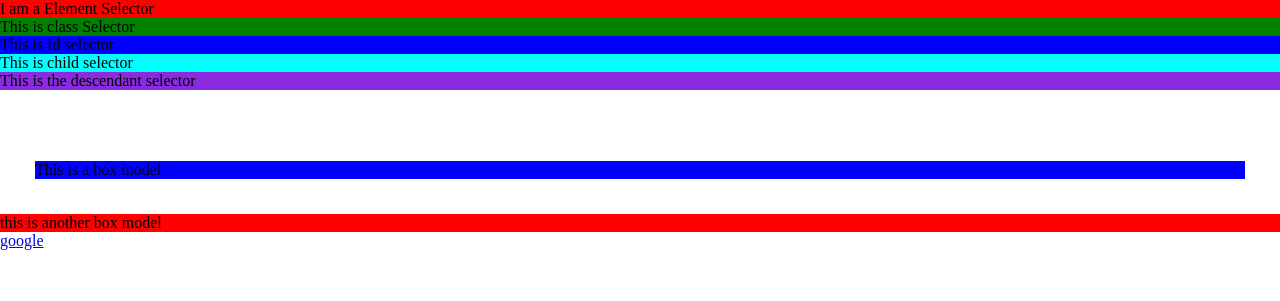
Repository: diensy/Web_dev
Page: first.css/selector.html
These files come from the project's save history. The page is drawn as it stood at one moment and after a run of saves; the edit follows.
The browser window is 1280 px wide. The pictures show the whole page.

Above is the page before, as saved 2024-05-22 20:34:45.

### first.css/selector.html
<!DOCTYPE html>
<html lang="en">
  <head>
    <meta charset="UTF-8" />
    <meta name="viewport" content="width=device-width, initial-scale=1.0" />
    <title>CSS Selector</title>
    <style>
      /* Element Selctor */
      div {
        background-color: red;
      }
      /* CLass Selector */
      .div {
        background-color: green;
      }
      /* Id selector */
      #blue {
        background-color: blue;
      }
      /* Child selector */
      span > p {
        background-color: aqua;
      }
      /* Descendant selector */
      div p {
        background-color: blueviolet;
      }
      /* universal selector */
      * {
        margin: 0;
        padding: 0;
      }
      /* pseudo Selector */
      a:visited {
        color: black;
      }
      a:active {
        background-color: red;
      }
      a:hover {
        background-color: aquamarine;
      }
      .box1 {
        background-color: blue;
        margin: 35px;

      }
    </style>
  </head>
  <body>
    <div>I am a Element Selector</div>
    <div class="div">This is class Selector</div>
    <div id="blue">This is Id selector</div>
    <span><p>This is child selector</p></span>
    <div>
      <article>
        <p>This is the descendant selector</p>
      </article>
    </div>
    <br>
    <br>
    <div class="box1">This is a box model</div>
    <div class="box2">this is another box model</div>
    <a href="https://www.google.com">google</a>
  </body>
</html>

After the next 2 saves:
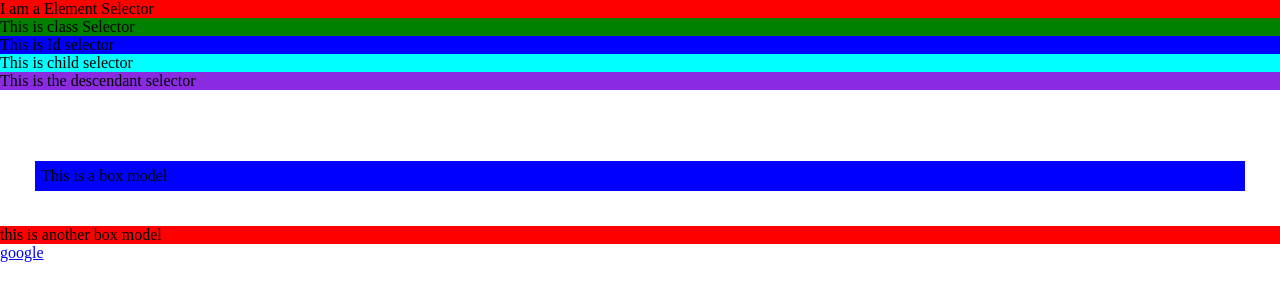
The 2 saves are shown as one change because they came seconds apart.
The last was saved 17 s later.
--- a/first.css/selector.html
+++ b/first.css/selector.html
@@ -43,6 +43,7 @@
       .box1 {
         background-color: blue;
         margin: 35px;
+        padding: 6px;
 
       }
     </style>
